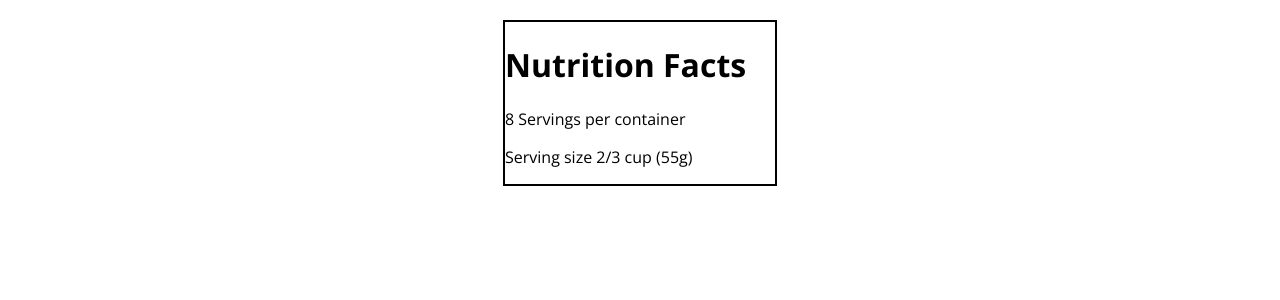
Repository: Lungdjos/typography
Page: index.html
An editor plug-in stored every save of this project. The page is shown before and after a run of saves, followed by the edit.
The browser window is 1280 px wide. The pictures show the whole page.

Above is the page before, as saved 2023-10-28 00:50:52.

After the next 3 saves:
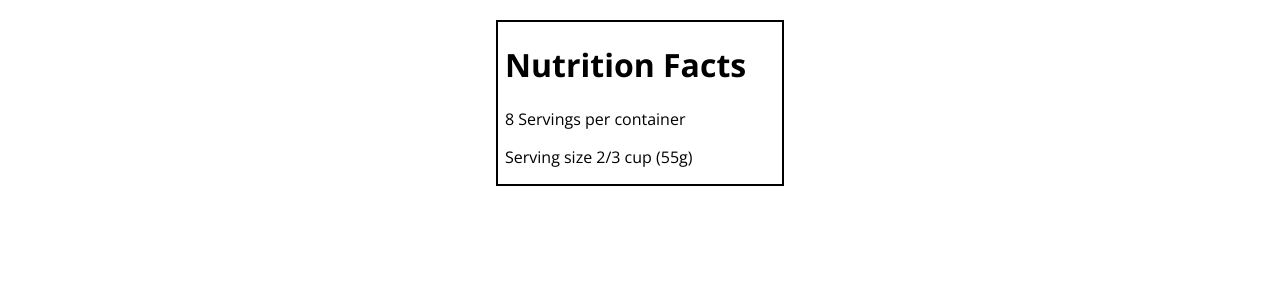
The 3 saves are shown as one change because they came seconds apart.
The last was saved 9 s later.
--- a/styles.css
+++ b/styles.css
@@ -10,5 +10,5 @@ html {
     border: 2px solid black;
     width: 270px;
     margin: 20px auto;
-    padding: 0;
+    padding: 0 7px;
 }
